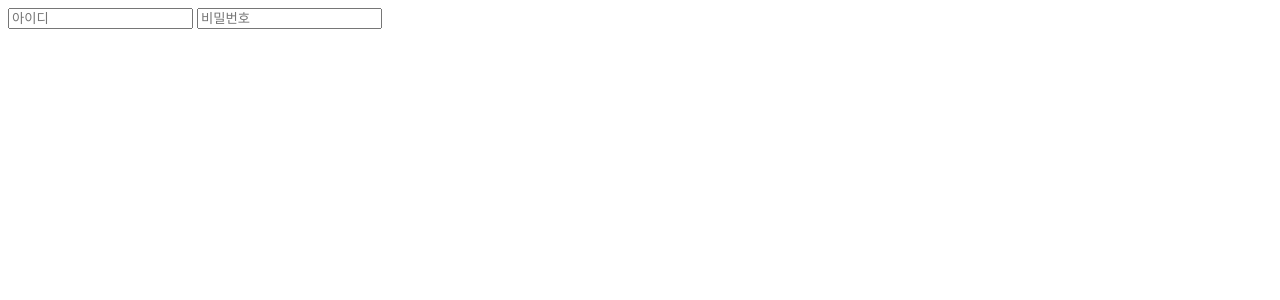
Repository: dev-leeJin/jsp-practice
Page: http://localhost/JSPBasic/JspObject/1.requests/req_login_form.jsp
The author's editor kept a copy of each file at every save. The page is drawn from the files as they stood at one save, then again after the next save.
The browser window is 1280 px wide. The pictures show the whole page.
The page is served by Tomcat 9.

Above is the page before, as saved 2022-02-04 01:23:15.

After the next save:
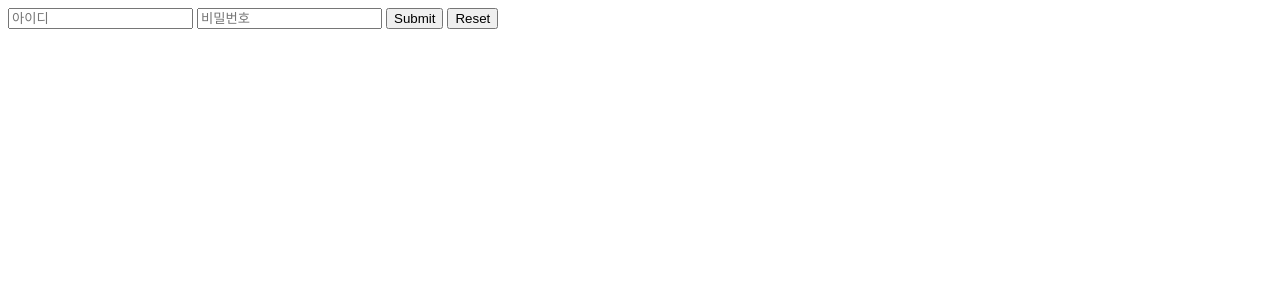
Saved 36 s later.
--- a/JSPBasic/src/main/webapp/JspObject/1.requests/req_login_form.jsp
+++ b/JSPBasic/src/main/webapp/JspObject/1.requests/req_login_form.jsp
@@ -10,6 +10,8 @@
 	<form action="req_login_result" method="post">
 	<input type="text" name="id" placeholder="아이디"/>
 	<input type="password" name="pw" placeholder="비밀번호"/>
+	<input type="submit"/>
+	<input type="reset"/>
 	</form>
 </body>
 </html>
